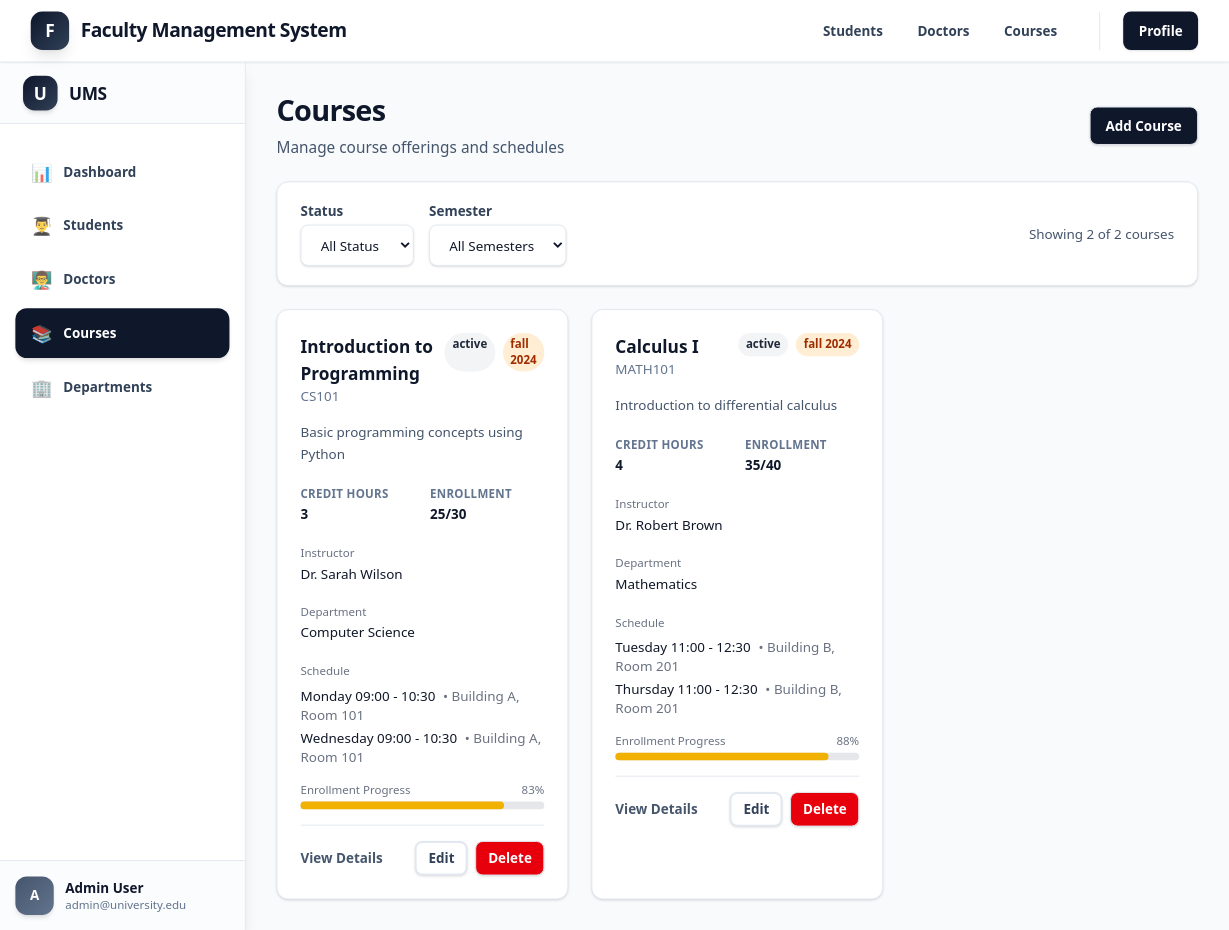
Repository: Mohamedmohsen179/Advanced-DB-Task
Page: /courses (app in frontend/)
These files come from the project's save history. The page is drawn as it stood at one moment and after the next save; the edit follows.
The browser window is 1280 px wide. The pictures show the whole page, at 96% of full size.
The page's requests for data from a server got no answer. The project was rebuilt for these pictures with package versions that can differ from the ones it lists, and the page was loaded fresh each time. The framework's server and built-in components were replaced by stand-ins that run in the browser. No one was signed in, and anything a server would have sent is missing. Also part of the build but not shown: frontend/next.config.ts.

Above is the page before, as saved 2025-11-28 18:20:43.

After the next save:
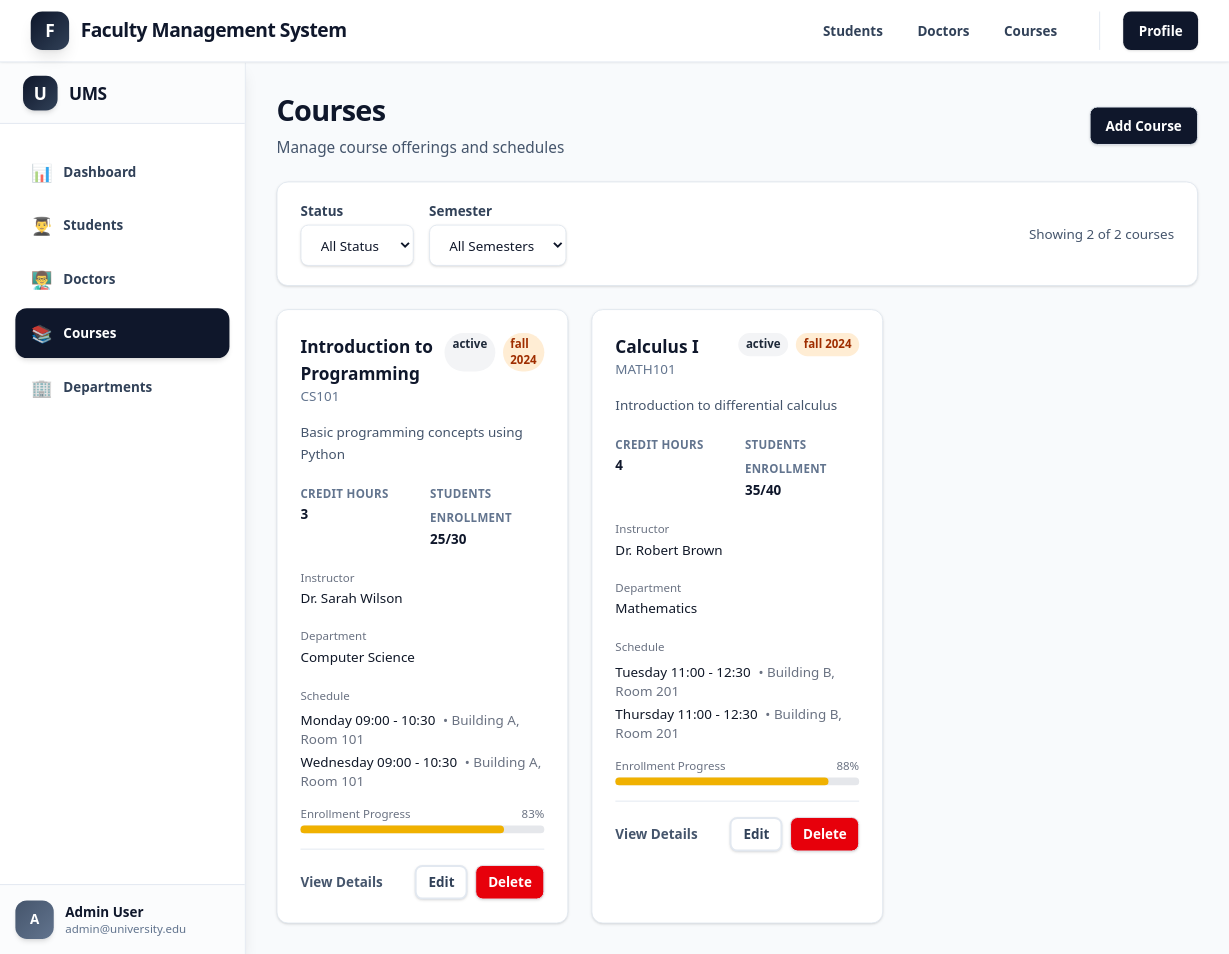
Saved 9 s later.
--- a/frontend/components/courses/CourseCard.tsx
+++ b/frontend/components/courses/CourseCard.tsx
@@ -71,7 +71,7 @@ export default function CourseCard({ course, onEdit, onDelete }: CourseCardProps
             <p className="text-sm font-semibold text-slate-900">{course.credits}</p>
           </div>
           <div>
-            <span className="text-xs font-semibold text-slate-500 uppercase tracking-wide">Enrollment</span>
+            <span className="text-xs font-semibold text-slate-500 uppercase tracking-wide">Students Enrollment</span>
             <p className="text-sm font-semibold text-slate-900">
               {course.enrolledStudents}/{course.maxStudents}
             </p>
